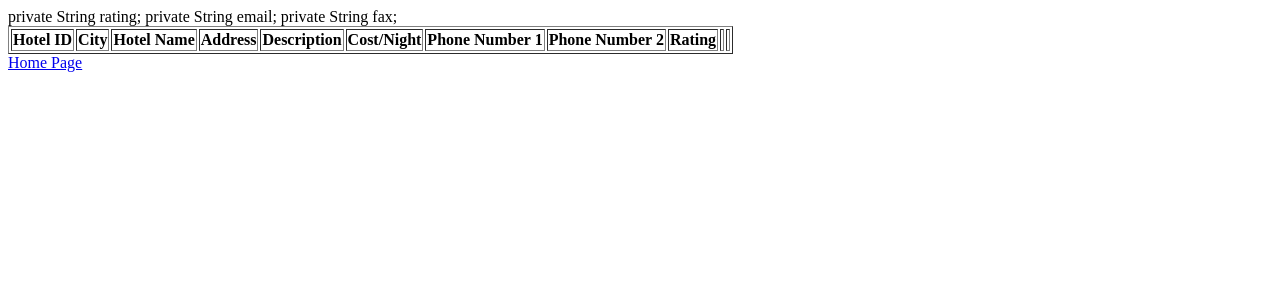
Repository: dishangjain/SpringProject
Page: http://localhost/HotelBookingManagementSystem/JSPs/HotelList.jsp
An editor plug-in stored every save of this project. The page is shown before and after the next save, followed by the edit.
The browser window is 1280 px wide. The pictures show the whole page.
The page is served by Tomcat 9. Nobody is signed in. The application's start-up code is not run. The template is opened directly, without the code that normally fills it, so the values that code supplies are empty.

Above is the page before, as saved 2017-10-14 12:46:12.

After the next save:
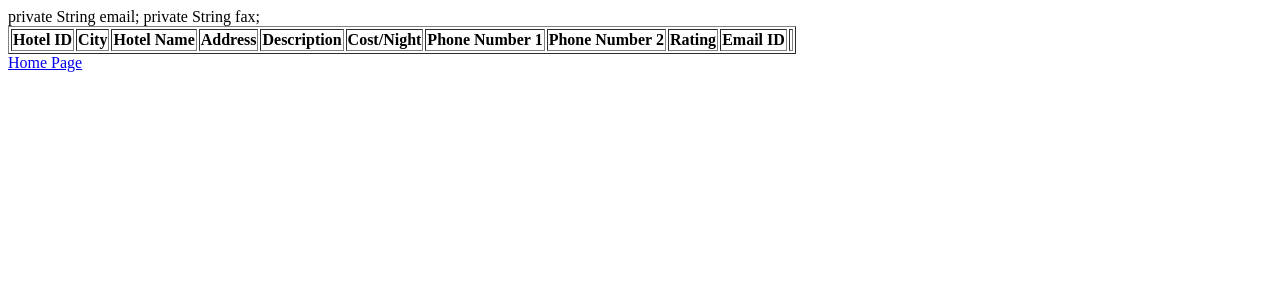
Saved 17 s later.
--- a/HotelBookingManagementSystem/WebContent/JSPs/HotelList.jsp
+++ b/HotelBookingManagementSystem/WebContent/JSPs/HotelList.jsp
@@ -10,7 +10,6 @@
 	<body>
 
 
-	private String rating;
 	private String email;
 	private String fax;
 
@@ -27,7 +26,7 @@
 				<th>Phone Number 1</th>
 				<th>Phone Number 2</th>
 				<th>Rating</th>
-				<th></th>
+				<th>Email ID</th>
 				<th></th>
 			</tr>
 			<c:forEach items="${ empList }" var="emp">
